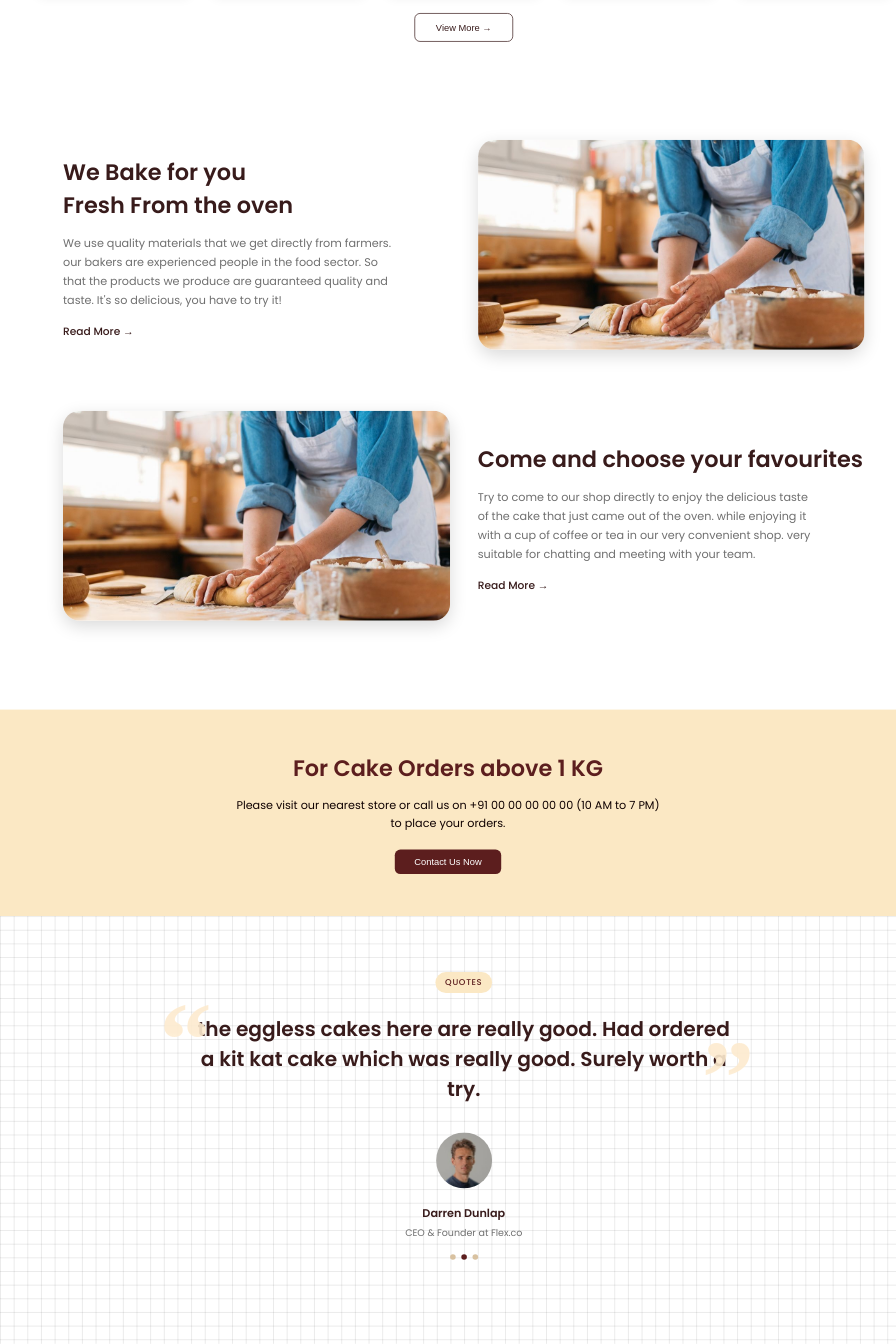
Repository: josegabrielzevallos/chocobrat-bakery-website
Page: index.html
An editor plug-in stored every save of this project. The page is shown before and after the next save, followed by the edit.
The browser window is 1280 px wide. The pictures show the part of the page from y = 1014 to 2934 px (the page is 2934 px tall), at 70% of full size.

Above is the page before, as saved 2025-11-20 17:36:35.

After the next save:
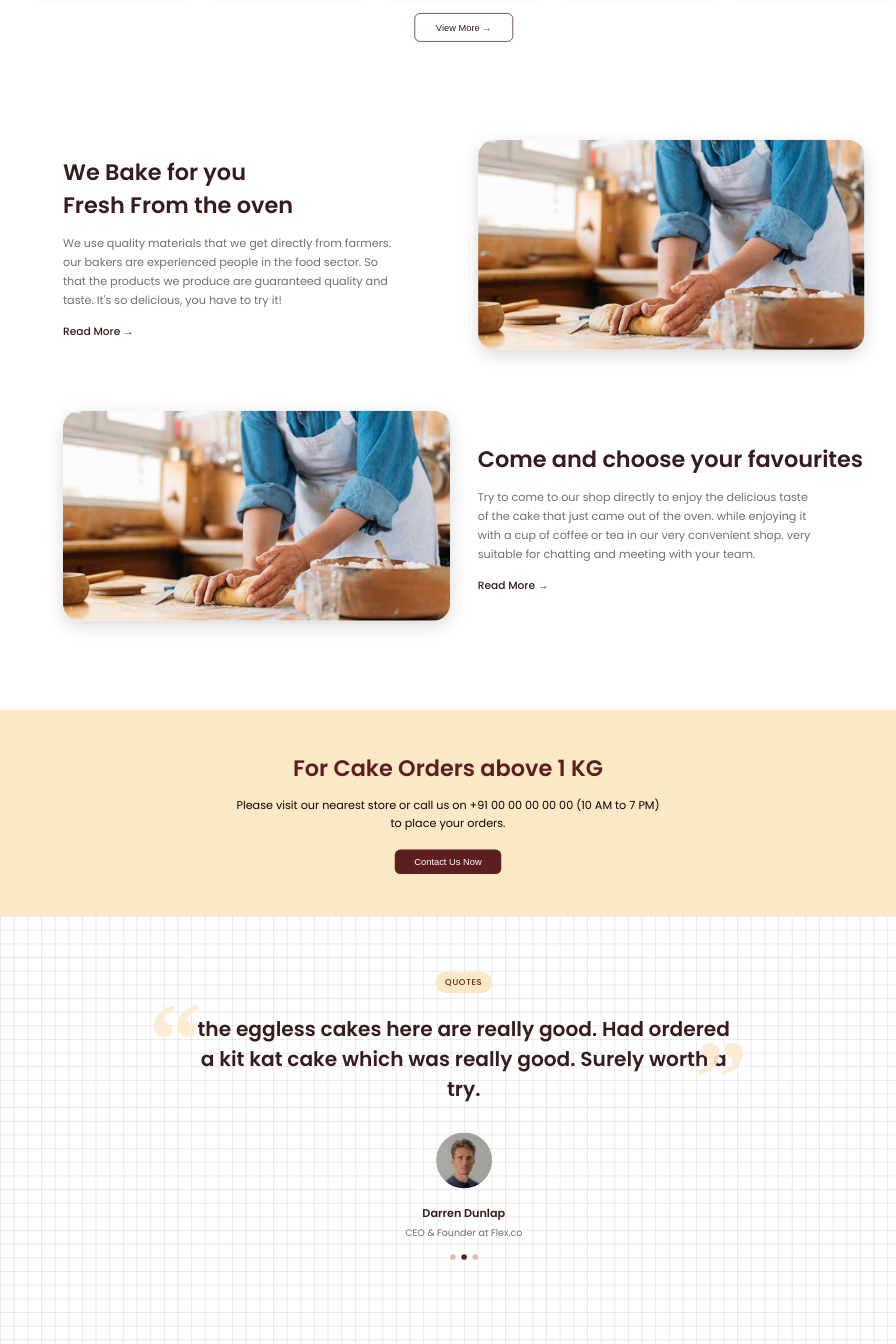
Saved 19 s later.
--- a/styles.css
+++ b/styles.css
@@ -420,13 +420,13 @@ header {
 
 .quote-text::before {
     content: "“";
-    left: -45px;
+    left: -60px;
     top: -75px;
 }
 
 .quote-text::after {
     content: "”";
-    right: -25px;
+    right: -15px;
     bottom: -75px;
 }
 
